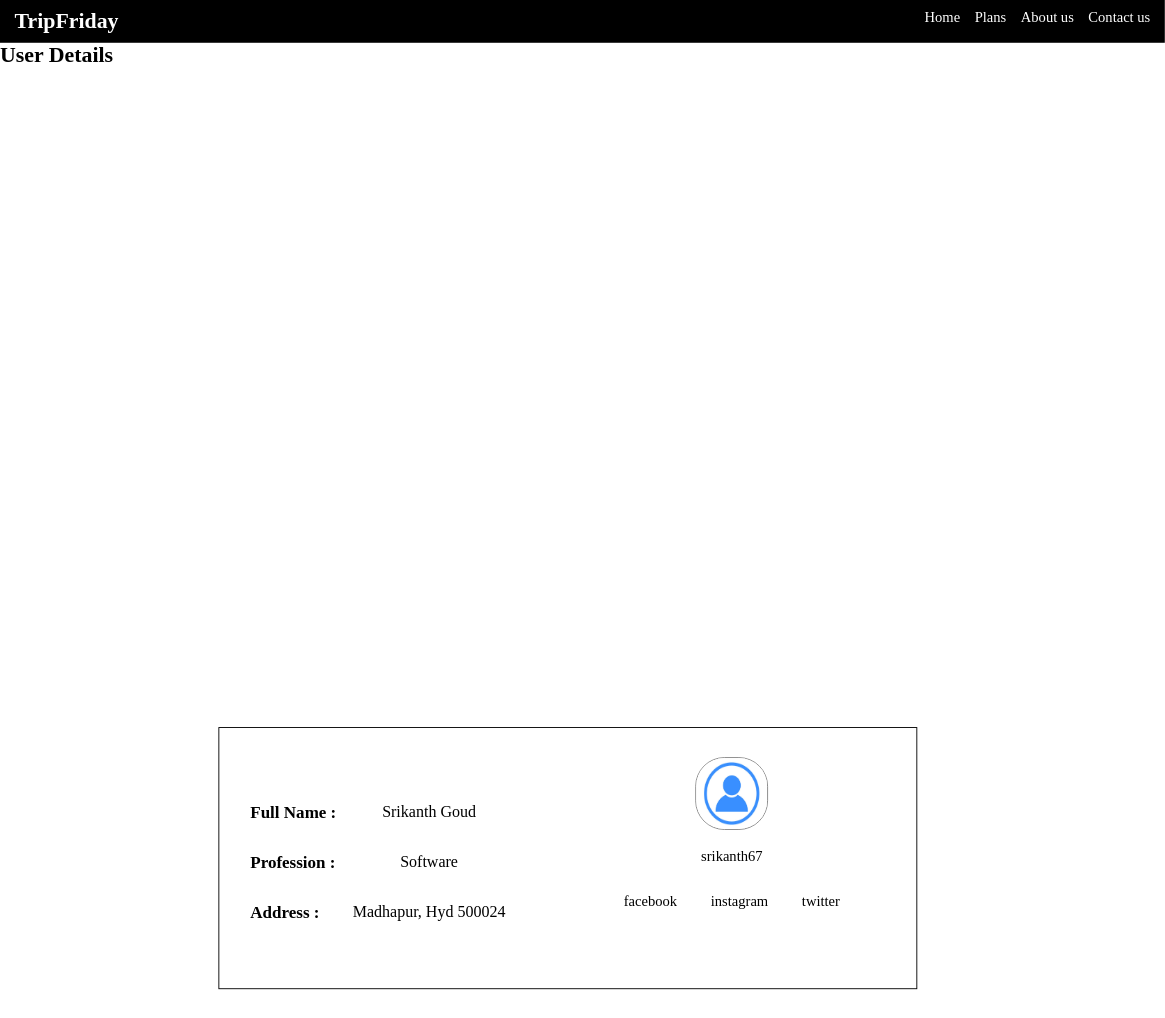
Repository: suraj-yadav7/userprofile
Page: /
These files come from the project's save history. The page is drawn as it stood at one moment and after the next save; the edit follows.
The browser window is 1280 px wide. The pictures show the whole page, at 91% of full size.
The page's requests for data from a server got no answer. The project was rebuilt for these pictures with package versions that can differ from the ones it lists, and the page was loaded fresh each time. No one was signed in, and anything a server would have sent is missing. Also part of the build but not shown: src/components/UserDetails.jsx.

Above is the page before, as saved 2023-05-04 14:33:29.

After the next save:
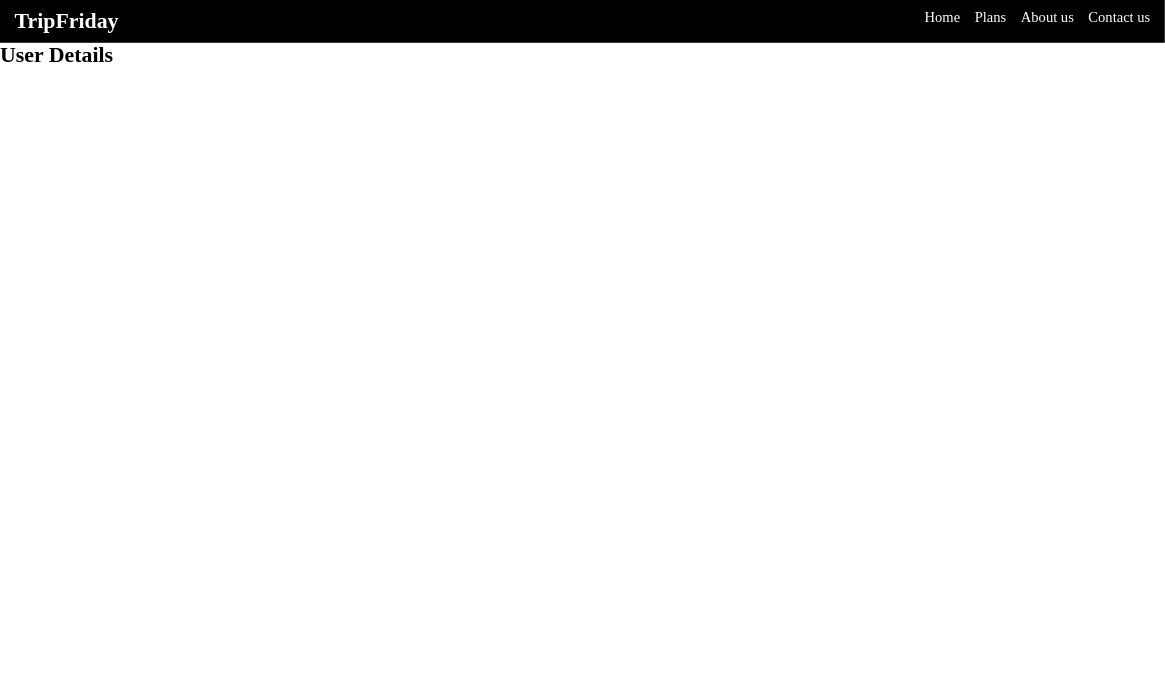
Saved 26 s later.
--- a/src/components/UserProfile.jsx
+++ b/src/components/UserProfile.jsx
@@ -52,34 +52,7 @@ const UserProfile = () => {
           </div>) : null
         }
       </div>
-       <div className='details'>
-  <div className='sub1'>
-<table>
-  <tr>
-    <td><h3>Full Name :  </h3></td>
-    <td><p> Srikanth Goud</p> </td>
-  </tr>
-  <tr>
-    <td><h3>Profession :  </h3></td>
-    <td><p> Software </p> </td>
-  </tr>
-  <tr>
-    <td><h3>Address :</h3></td>
-    <td><p>Madhapur, Hyd 500024</p> </td>
-  </tr>
-</table>
 
-  </div>
-   <div className='sub2'>
-    <img src={usericon} alt="userimage"></img>
-    <p>srikanth67</p>
-    <div className='socialMedia'>
-      <p>facebook</p>
-      <p>instagram</p>
-      <p>twitter</p>
-    </div>
-    </div>
- </div>
     </>
   )
 }
